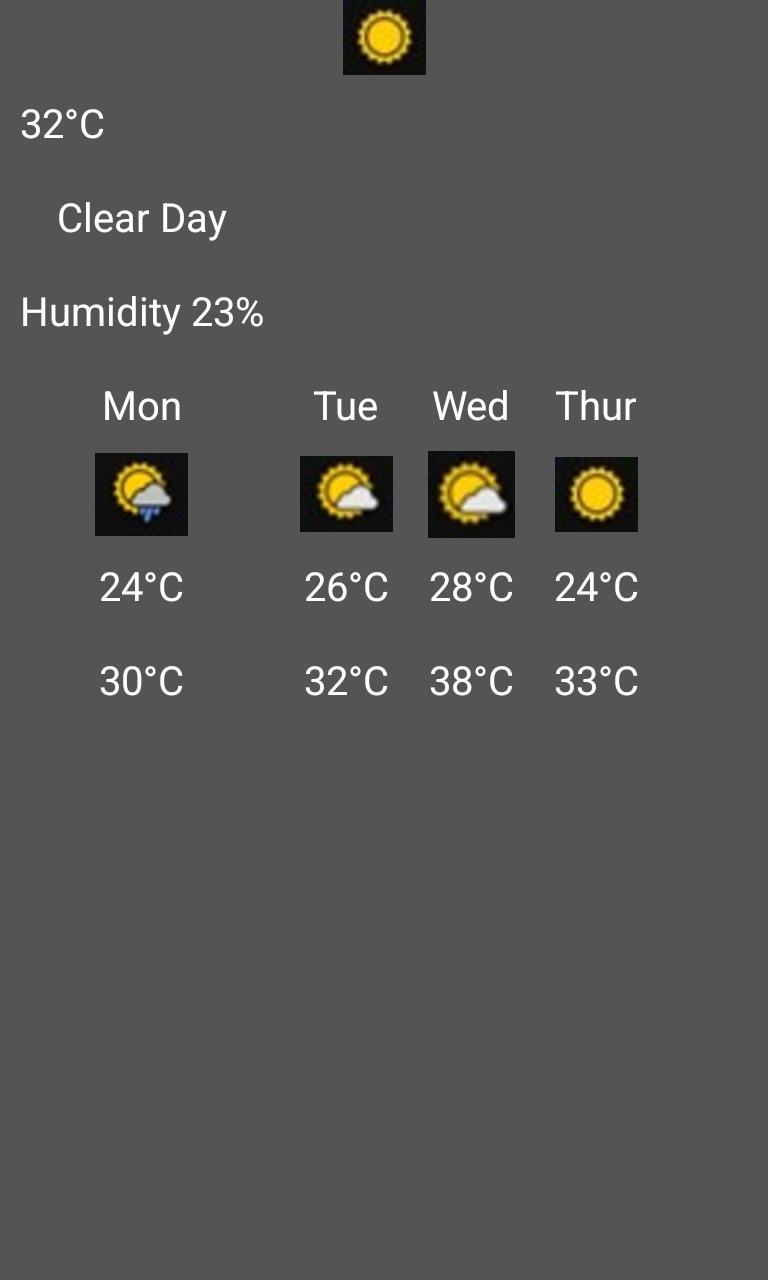
Repository: 12030121002/androideventhandling
Layout: Demo/res/layout/weather.xml
These files come from the project's save history. The layout is drawn as it stood at one moment and after the next save; the edit follows.
It is drawn on a 768 x 1280 px phone screen (xhdpi) without system bars, with theme AppTheme; the app's code is not run.

Above is the layout before, as saved 2014-12-08 05:06:48.

### Demo/res/layout/weather.xml
<?xml version="1.0" encoding="utf-8"?>
<TableLayout xmlns:android="http://schemas.android.com/apk/res/android"
    android:layout_width="match_parent"
    android:layout_height="match_parent"
    android:background="@color/grey">
    <ImageView
        android:id="@+id/imageView1"
        android:layout_width="wrap_content"
        android:layout_height="wrap_content"
        android:src="@drawable/wednesday" />

    <TextView
        android:id="@+id/textView1"
        android:layout_width="wrap_content"
        android:layout_height="wrap_content"
   		android:text="@string/deg"
        android:textColor="@color/white"
        android:padding="10dp"
        android:textSize="20sp"
        />

  <TableRow android:layout_width="wrap_content"
	    android:layout_height="wrap_content">
    <TextView
        android:id="@+id/editText1"
        android:layout_width="wrap_content"
        android:layout_height="wrap_content"
        android:text="@string/clear"
        android:textColor="@color/white"
        android:padding="10dp"
        android:textSize="20sp"
        android:layout_gravity="center"
        />
    </TableRow>
 <TableRow android:layout_width="wrap_content"
	    android:layout_height="wrap_content">
       <TextView
        android:id="@+id/editText2"
        android:layout_width="wrap_content"
        android:layout_height="wrap_content"
        android:text="@string/temp"
        android:textColor="@color/white"
        android:padding="10dp"
        android:textSize="20sp"
        android:layout_gravity="center"
     />

       </TableRow>
   <TableRow android:layout_width="wrap_content"
	    android:layout_height="wrap_content">

    <TextView

        android:layout_width="wrap_content"
        android:layout_height="wrap_content"
        android:text="@string/t1"
        android:textColor="@color/white"
        android:padding="10dp"
        android:textSize="20sp"
        android:layout_gravity="center"
        />

    <TextView
        android:layout_width="wrap_content"
        android:layout_height="wrap_content"
        android:text="@string/t2"
        android:textColor="@color/white"
        android:padding="10dp"
        android:textSize="20sp"
        android:layout_gravity="center"
       />
   <TextView
        android:layout_width="wrap_content"
        android:layout_height="wrap_content"
        android:text="@string/t3"
        android:textColor="@color/white"
        android:padding="10dp"
        android:textSize="20sp"
        android:layout_gravity="center"
       />
   <TextView
        android:layout_width="wrap_content"
        android:layout_height="wrap_content"
        android:text="@string/t4"
        android:textColor="@color/white"
        android:padding="10dp"
        android:textSize="20sp"
        android:layout_gravity="center"
       />
</TableRow>

 <TableRow android:layout_width="wrap_content"
	    android:layout_height="wrap_content">


    <ImageView
        android:id="@+id/imageView3"
        android:layout_width="wrap_content"
        android:layout_height="wrap_content"
        android:src="@drawable/tuesday"
        android:layout_gravity="center" />

    <ImageView
        android:id="@+id/imageView2"
        android:layout_width="wrap_content"
        android:layout_height="wrap_content"
        android:src="@drawable/monday"
        android:layout_gravity="center"/>

    <ImageView
        android:id="@+id/imageView5"
        android:layout_width="wrap_content"
        android:layout_height="wrap_content"
        android:src="@drawable/thursday"
        android:layout_gravity="center"/>

    <ImageView
        android:id="@+id/imageView4"
        android:layout_width="wrap_content"
        android:layout_height="wrap_content"
        android:src="@drawable/wednesday"
        android:layout_gravity="center" />

   </TableRow>

<TableRow android:layout_width="wrap_content"
	    android:layout_height="wrap_content">
   <TextView

        android:layout_width="wrap_content"
        android:layout_height="wrap_content"
         android:text="@string/one"
        android:textColor="@color/white"
        android:padding="10dp"
        android:textSize="20sp"
        android:layout_gravity="center"
         />


    <TextView

        android:layout_width="wrap_content"
        android:layout_height="wrap_content"
         android:text="@string/two"
        android:textColor="@color/white"
         android:padding="10dp"
        android:textSize="20sp"
        android:layout_gravity="center"
        />


    <TextView

        android:layout_width="wrap_content"
        android:layout_height="wrap_content"
         android:text="@string/three"
        android:textColor="@color/white"
         android:padding="10dp"
        android:textSize="20sp"
        android:layout_gravity="center"
         />

    <TextView

        android:layout_width="wrap_content"
        android:layout_height="wrap_content"
         android:text="@string/four"
        android:textColor="@color/white"
         android:padding="10dp"
        android:textSize="20sp"
        android:layout_gravity="center"
         />
    </TableRow>
    <TableRow android:layout_width="wrap_content"
	    android:layout_height="wrap_content">
   <TextView

        android:layout_width="wrap_content"
        android:layout_height="wrap_content"
         android:text="@string/five"
        android:textColor="@color/white"
        android:padding="10dp"
        android:textSize="20sp"
        android:layout_gravity="center"
         />


    <TextView

        android:layout_width="wrap_content"
        android:layout_height="wrap_content"
         android:text="@string/six"
        android:textColor="@color/white"
         android:padding="10dp"
        android:textSize="20sp"
        android:layout_gravity="center"
        />


    <TextView

        android:layout_width="wrap_content"
        android:layout_height="wrap_content"
         android:text="@string/seven"
        android:textColor="@color/white"
         android:padding="10dp"
        android:textSize="20sp"
        android:layout_gravity="center"
         />

    <TextView

        android:layout_width="wrap_content"
        android:layout_height="wrap_content"
         android:text="@string/eight"
        android:textColor="@color/white"
         android:padding="10dp"
        android:textSize="20sp"
        android:layout_gravity="center"
         />
    </TableRow>


</TableLayout>

### Demo/res/values/strings.xml
<?xml version="1.0" encoding="utf-8"?>
<resources>

    <string name="app_name">Demo</string>
    <string name="action_settings">Settings</string>
    <string name="hello_world">Hello world!</string>
	<string name="title"> WELCOME!! \m/ </string>
	<string name="Welcome">Welcome</string>
	<color name="red">#ff0000</color>
	<string name="click_here">Click here</string>
	<string name="bca">BCA</string>
	<color name="grey">#545454</color>
	<string name="one">24°C</string>
	<color name="white">#ffffff</color>
	<string name="two">26°C</string>
	<string name="three">28°C</string>
	<string name="four">24°C</string>
		<string name="five">30°C</string>
	<string name="six">32°C</string>
	<string name="seven">38°C</string>
	<string name="eight">33°C</string>
	<string name="t1">Mon</string>
	<string name="t2">Tue</string>
	<string name="t3">Wed</string>
	<string name="t4" >Thur</string>
	<string name="clear">Clear Day</string>
	<string name="temp">Humidity 23%</string>
	<string name="deg">32°C</string>
</resources>

Loaded but not shown: Demo/res/values/styles.xml (common file); Demo/res/values-v11/styles.xml (common file); Demo/res/values-v14/styles.xml (common file)

After the next save:
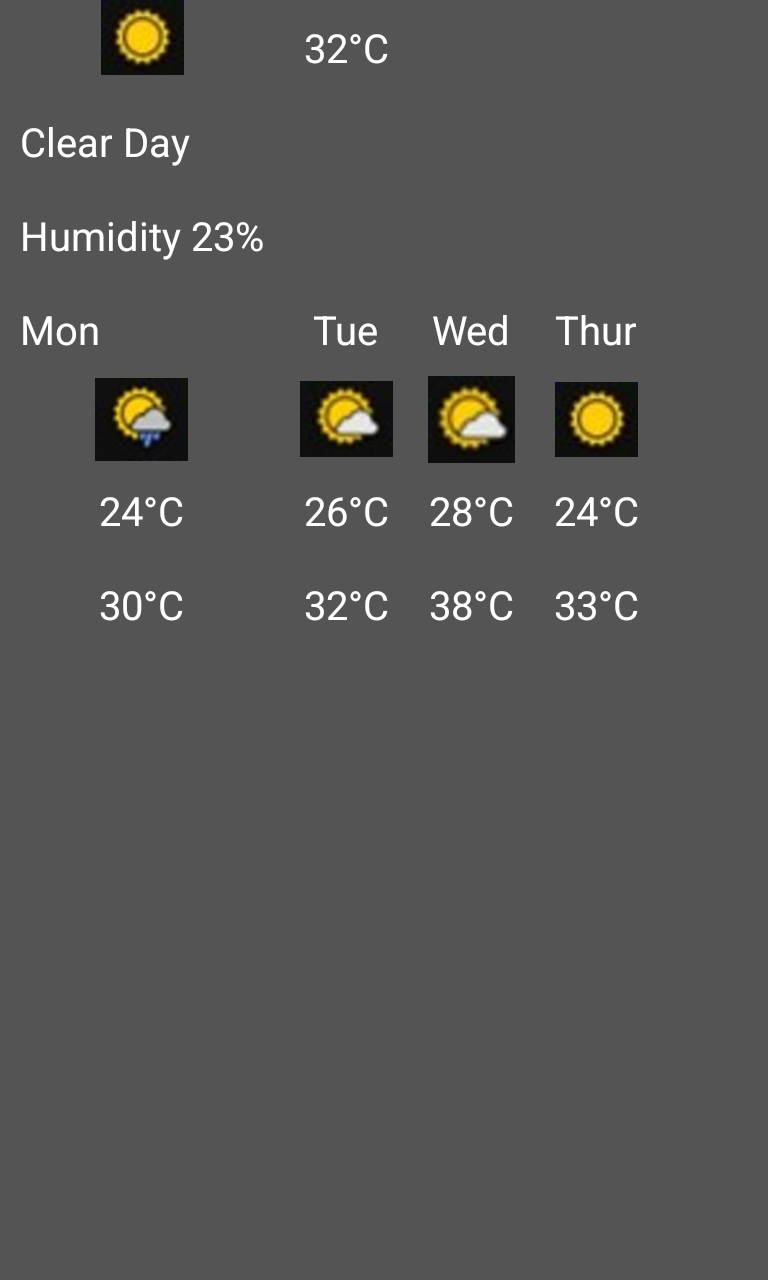
Saved 81 s later.
--- a/Demo/res/layout/weather.xml
+++ b/Demo/res/layout/weather.xml
@@ -3,7 +3,10 @@
     android:layout_width="match_parent"
     android:layout_height="match_parent"
     android:background="@color/grey">
-    <ImageView
+
+     <TableRow android:layout_width="wrap_content"
+	    android:layout_height="wrap_content">
+	    <ImageView
         android:id="@+id/imageView1"
         android:layout_width="wrap_content"
         android:layout_height="wrap_content"
@@ -18,7 +21,7 @@
         android:padding="10dp"
         android:textSize="20sp"
         />
-
+    </TableRow>
   <TableRow android:layout_width="wrap_content"
 	    android:layout_height="wrap_content">
     <TextView
@@ -29,7 +32,7 @@
         android:textColor="@color/white"
         android:padding="10dp"
         android:textSize="20sp"
-        android:layout_gravity="center"
+        android:layout_gravity="centre"
         />
     </TableRow>
  <TableRow android:layout_width="wrap_content"
@@ -42,7 +45,7 @@
         android:textColor="@color/white"
         android:padding="10dp"
         android:textSize="20sp"
-        android:layout_gravity="center"
+        android:layout_gravity="centre"
      />
 
        </TableRow>
@@ -57,7 +60,7 @@
         android:textColor="@color/white"
         android:padding="10dp"
         android:textSize="20sp"
-        android:layout_gravity="center"
+        android:layout_gravity="centre"
         />
 
     <TextView
